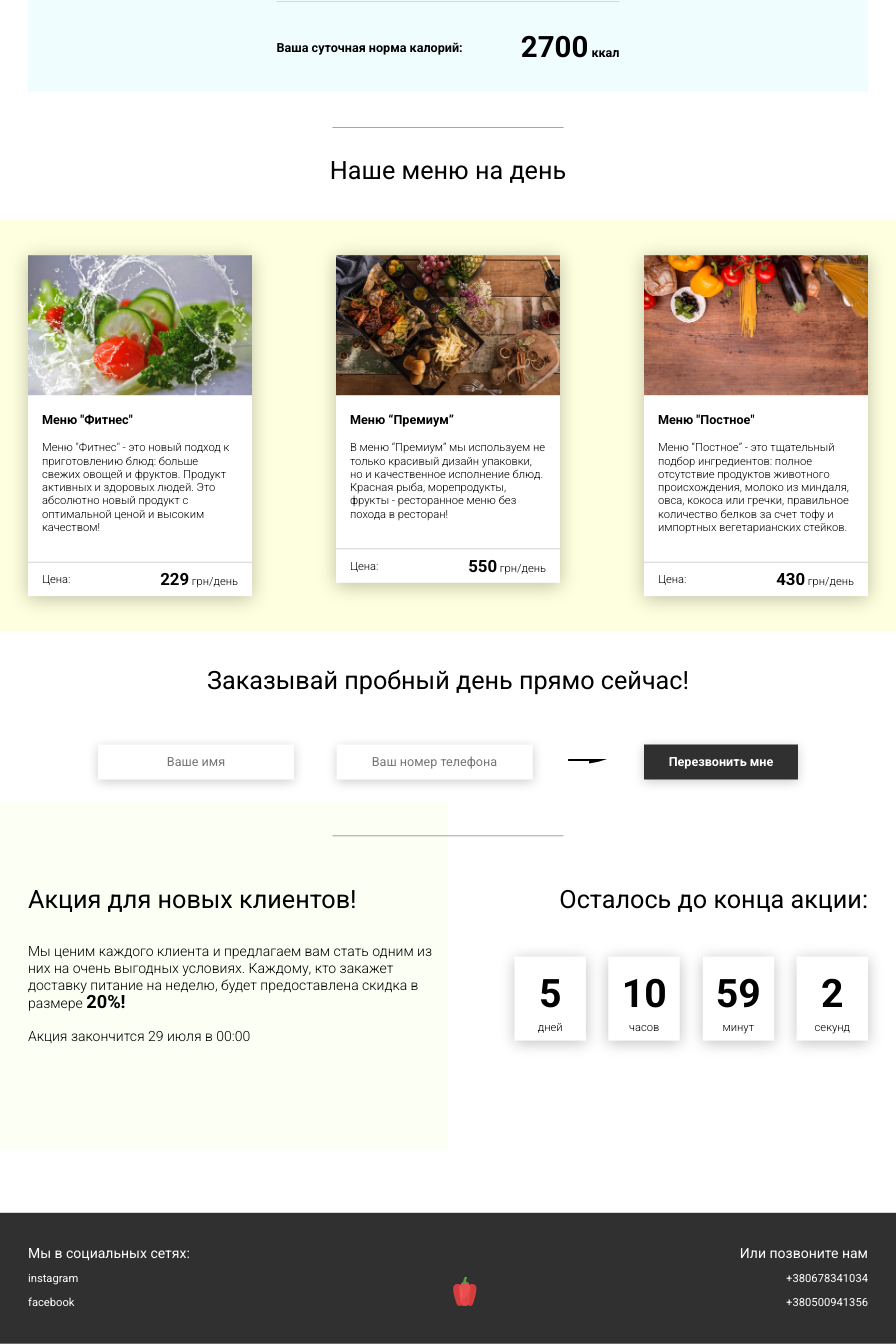
Repository: ne-comilfo/food
Page: index.html
An editor plug-in stored every save of this project. The page is shown before and after the next save, followed by the edit.
The browser window is 1280 px wide. The pictures show the part of the page from y = 2331 to 4251 px (the page is 4251 px tall), at 70% of full size.

Above is the page before, as saved 2025-07-23 13:02:22.

### index.html
<!DOCTYPE html>
<html lang="en">

<head>
    <meta charset="UTF-8">
    <meta name="viewport" content="width=device-width, initial-scale=1.0">
    <title>Food</title>
    <link rel="stylesheet" href="css/style.css">
</head>

<body>
    <header class="header">
        <div class="header__left-block">
            <div class="header__logo">
                <img src="icons/logo.svg" alt="Логотип">
            </div>
            <nav class="header__links">
                <a href="#" class="header__link">Доставка питания</a>
                <a href="#" class="header__link">Второй пункт</a>
            </nav>
        </div>
        <div class="header__right-block">
            <button class="btn btn_white">Связаться с нами</button>
        </div>
    </header>
    <div class="sidepanel">
        <div class="sidepanel__text"><span>Социальные сети</span></div>
        <div class="sidepanel__divider"></div>
        <a href="#" class="sidepanel__icon">
            <img src="icons/instagram.svg" alt="instagram">
        </a>
        <a href="#" class="sidepanel__icon">
            <img src="icons/facebook.svg" alt="facebook">
        </a>
    </div>

    <div class="preview">
        <div class="bgc_blue"></div>
        <div class="container">
            <div class="tabcontainer">
                <div class="tabcontent">
                    <img src="img/tabs/vegy.jpg" alt="vegy">
                    <div class="tabcontent__descr">
                        Меню "Фитнес" - это новый подход к приготовлению блюд: больше свежих овощей и фруктов. Для
                        людей, которые интересуются спортом; активных и здоровых. Это абсолютно новый продукт с
                        оптимальной ценой и высоким качеством!
                    </div>
                </div>
                <div class="tabcontent">
                    <img src="img/tabs/elite.jpg" alt="elite">
                    <div class="tabcontent__descr">
                        Меню “Премиум” - мы используем не только красивый дизайн упаковки, но и качественное исполнение
                        блюд. Красная рыба, морепродукты, фрукты - ресторанное меню без похода в ресторан!
                    </div>
                </div>
                <div class="tabcontent">
                    <img src="img/tabs/post.jpg" alt="post">
                    <div class="tabcontent__descr">
                        Наше специальное “Постное меню” - это тщательный подбор ингредиентов: полное отсутствие
                        продуктов животного происхождения. Полная гармония с собой и природой в каждом элементе! Все
                        будет Ом!
                    </div>
                </div>
                <div class="tabcontent">
                    <img src="img/tabs/vegy.jpg" alt="vegy">
                    <div class="tabcontent__descr">
                        Меню "Сбалансированное" - это соответствие вашего рациона всем научным рекомендациям. Мы
                        тщательно просчитываем вашу потребность в к/б/ж/у и создаем лучшие блюда для вас.
                    </div>
                </div>
                <div class="tabheader">
                    <h3>Выберите стиль питания</h3>
                    <div class="tabheader__items">
                        <div class="tabheader__item tabheader__item_active">Фитнес</div>
                        <div class="tabheader__item">Премиум</div>
                        <div class="tabheader__item">Постное</div>
                        <div class="tabheader__item">Сбалансированное</div>
                    </div>
                </div>
            </div>
            <div class="preview__life">Живи полной жизнью!</div>
        </div>
    </div>

    <div class="divider"></div>

    <div class="offer">
        <div class="bgc_y"></div>
        <div class="container">
            <div class="offer__text">
                <h2 class="title">Что мы можем вам предложить?</h2>
                <div class="offer__descr">
                    Наша основная идея - это правильное питание. Оно может быть простым и вкусным. Мы не просто
                    доставка, мы сервис! Мы взяли на себя все расчеты БЖУ, калорийности, объемов порций и прочие важные,
                    но скучные аспекты. Вам остается только полезная, сытная и правильная еда, которую мы привозим прямо
                    под дверь.
                </div>
            </div>
            <div class="offer__action">
                <button class="btn btn_dark">Связаться с нами</button>
            </div>
        </div>
        <div class="container">
            <div class="offer__advantages">
                <h2>Быстро и полезно</h2>
                <div class="offer__advantages-text">
                    Готовка дома занимает много сил, времени и нервов. Мы привозим еду сразу на целый день, и ты можешь
                    действовать так, как тебе удобно, не подстраиваясь ни под кого и будучи уверенным в качестве
                    продукта!
                </div>
                <h2>Правильный рацион</h2>
                <div class="offer__advantages-text">
                    Мы разработали специальное меню, где учтены все нюансы правильного питания, от баланса БЖУ до их
                    приготовления и дробления рациона.
                </div>
            </div>
            <div class="offer__slider">
                <div class="offer__slider-counter">
                    <div class="offer__slider-prev">
                        <img src="icons/left.svg" alt="prev">
                    </div>
                    <span id="current">03</span>
                    /
                    <span id="total">04</span>
                    <div class="offer__slider-next">
                        <img src="icons/right.svg" alt="next">
                    </div>
                </div>
                <div class="offer__slider-wrapper">
                    <div class="offer__slide">
                        <img src="img/slider/pepper.jpg" alt="pepper">
                    </div>
                    <!-- <div class="offer__slide">
                        <img src="img/slider/food-12.jpg" alt="food">
                    </div>
                    <div class="offer__slide">
                        <img src="img/slider/olive-oil.jpg" alt="oil">
                    </div>
                    <div class="offer__slide">
                        <img src="img/slider/paprika.jpg" alt="paprika">
                    </div> -->
                </div>
            </div>
        </div>
    </div>

    <div class="divider"></div>

    <div class="calculating">
        <div class="container">
            <h2 class="title">Рассчитаем вашу потребность в калориях?
            </h2>
            <div class="calculating__field">
                <div class="calculating__subtitle">
                    Ваш пол
                </div>
                <div class="calculating__choose" id="gender">
                    <div class="calculating__choose-item calculating__choose-item_active">Женщина</div>
                    <div class="calculating__choose-item">Мужчина</div>
                </div>

                <div class="calculating__subtitle">
                    Ваша конституция
                </div>
                <div class="calculating__choose calculating__choose_medium">
                    <input type="text" id="height" placeholder="Введите рост" class="calculating__choose-item">
                    <input type="text" id="weight" placeholder="Введите вес" class="calculating__choose-item">
                    <input type="text" id="age" placeholder="Введите возраст" class="calculating__choose-item">
                </div>

                <div class="calculating__subtitle">
                    Выберите вашу физическая активность
                </div>
                <div class="calculating__choose calculating__choose_big">
                    <div id="low" class="calculating__choose-item">Низкая активность </div>
                    <div id="small" class="calculating__choose-item calculating__choose-item_active">Невысокая
                        активность</div>
                    <div id="medium" class="calculating__choose-item">Умеренная активность</div>
                    <div id="high" class="calculating__choose-item">Высокая активность</div>
                </div>

                <div class="calculating__divider"></div>

                <div class="calculating__total">
                    <div class="calculating__subtitle">
                        Ваша суточная норма калорий:
                    </div>
                    <div class="calculating__result">
                        <span>2700</span> ккал
                    </div>
                </div>
            </div>
        </div>
    </div>

    <div class="divider"></div>

    <div class="menu">
        <h2 class="title">Наше меню на день</h2>

        <div class="menu__field">
            <div class="container">
                <div class="menu__item">
                    <img src="img/tabs/vegy.jpg" alt="vegy">
                    <h3 class="menu__item-subtitle">Меню "Фитнес"</h3>
                    <div class="menu__item-descr">Меню "Фитнес" - это новый подход к приготовлению блюд: больше свежих
                        овощей и фруктов. Продукт активных и здоровых людей. Это абсолютно новый продукт с оптимальной
                        ценой и высоким качеством!</div>
                    <div class="menu__item-divider"></div>
                    <div class="menu__item-price">
                        <div class="menu__item-cost">Цена:</div>
                        <div class="menu__item-total"><span>229</span> грн/день</div>
                    </div>
                </div>
                <div class="menu__item">
                    <img src="img/tabs/elite.jpg" alt="elite">
                    <h3 class="menu__item-subtitle">Меню “Премиум”</h3>
                    <div class="menu__item-descr">В меню “Премиум” мы используем не только красивый дизайн упаковки, но
                        и качественное исполнение блюд. Красная рыба, морепродукты, фрукты - ресторанное меню без похода
                        в ресторан!</div>
                    <div class="menu__item-divider"></div>
                    <div class="menu__item-price">
                        <div class="menu__item-cost">Цена:</div>
                        <div class="menu__item-total"><span>550</span> грн/день</div>
                    </div>
                </div>
                <div class="menu__item">
                    <img src="img/tabs/post.jpg" alt="post">
                    <h3 class="menu__item-subtitle">Меню "Постное"</h3>
                    <div class="menu__item-descr">Меню “Постное” - это тщательный подбор ингредиентов: полное отсутствие
                        продуктов животного происхождения, молоко из миндаля, овса, кокоса или гречки, правильное
                        количество белков за счет тофу и импортных вегетарианских стейков. </div>
                    <div class="menu__item-divider"></div>
                    <div class="menu__item-price">
                        <div class="menu__item-cost">Цена:</div>
                        <div class="menu__item-total"><span>430</span> грн/день</div>
                    </div>
                </div>
            </div>
        </div>
    </div>

    <div class="order">
        <div class="container">
            <div class="title">Заказывай пробный день прямо сейчас!</div>
            <form action="#" class="order__form">
                <input required placeholder="Ваше имя" name="name" type="text" class="order__input">
                <input required placeholder="Ваш номер телефона" name="phone" type="phone" class="order__input">
                <img src="icons/right.svg" alt="right">
                <button class="btn btn_dark btn_min">Перезвонить мне</button>
            </form>
        </div>
    </div>

    <div class="divider"></div>

    <div class="promotion">
        <div class="bgc_y"></div>
        <div class="container">
            <div class="promotion__text">
                <div class="title">Акция для новых клиентов!</div>
                <div class="promotion__descr">
                    Мы ценим каждого клиента и предлагаем вам стать одним из них на очень выгодных условиях.
                    Каждому, кто закажет доставку питание на неделю, будет предоставлена скидка в размере
                    <span>20%!</span>
                    <br><br>
                    Акция закончится 29 июля в 00:00
                </div>
            </div>
            <div class="promotion__timer">
                <div class="title">Осталось до конца акции:</div>
                <div class="timer">
                    <div class="timer__block">
                        <span id="days">12</span>
                        дней
                    </div>
                    <div class="timer__block">
                        <span id="hours">20</span>
                        часов
                    </div>
                    <div class="timer__block">
                        <span id="minutes">56</span>
                        минут
                    </div>
                    <div class="timer__block">
                        <span id="seconds">20</span>
                        секунд
                    </div>
                </div>
            </div>
        </div>
    </div>

    <footer class="footer">
        <div class="container">
            <div class="social">
                <div class="subtitle">Мы в социальных сетях:</div>
                <a href="#" class="link">instagram</a>
                <a href="#" class="link">facebook</a>
            </div>
            <div class="pepper">
                <img src="icons/veg.svg" alt="pepper">
            </div>
            <div class="call">
                <div class="subtitle">Или позвоните нам</div>
                <a href="#" class="link">+380678341034</a>
                <a href="#" class="link">+380500941356</a>
            </div>
        </div>
    </footer>

    <div class="modal">
        <div class="modal__dialog">
            <div class="modal__content">
                <form action="#">
                    <div class="modal__close">&times;</div>
                    <div class="modal__title">Мы свяжемся с вами как можно быстрее!</div>
                    <input required placeholder="Ваше имя" name="name" type="text" class="modal__input">
                    <input required placeholder="Ваш номер телефона" name="phone" type="phone" class="modal__input">
                    <button class="btn btn_dark btn_min">Перезвонить мне</button>
                </form>
            </div>
        </div>
    </div>
    <script src='js/script.js'></script>
</body>

</html>

### js/script.js
document.addEventListener('DOMContentLoaded', () => {

    const tabs = document.querySelectorAll('.tabheader__item'),
        tabContent = document.querySelectorAll('.tabcontent'),
        tabParent = document.querySelector('.tabheader__items');

    function hiddenTabContent() {
        tabContent.forEach(item => {
            item.classList.add('hide');
            item.classList.remove('show', 'fade');
        })
        tabs.forEach(item => {
            item.classList.remove('tabheader__item_active');
        })
    }

    function showTabContent(i = 0) {
        tabContent[i].classList.remove('hide');
        tabContent[i].classList.add('show', 'fade');
        tabs[i].classList.add('tabheader__item_active');
    }

    hiddenTabContent();
    showTabContent();

    tabParent.addEventListener('click', (e) => {
        const target = e.target;
        if (target && target.classList.contains('tabheader__item')) {
            tabs.forEach((item, i) => {
                if (target == item) {
                    hiddenTabContent();
                    showTabContent(i);
                }
            })
        }
    })

    const endData = new Date('2025-07-29'),
        hours = document.querySelector('#hours'),
        days = document.querySelector('#days'),
        minutes = document.querySelector('#minutes'),
        seconds = document.querySelector('#seconds');

    function updateData() {
        const startData = new Date();
        let diffData = endData - startData;
        if (diffData <= 0) {
            days.textContent = '0';
            hours.textContent = '0';
            minutes.textContent = '0';
            seconds.textContent = '0';
            clearInterval(id);
            return;
        }
        const totalSeconds = Math.floor(diffData / 1000);
        days.textContent = Math.floor(totalSeconds / (3600 * 24));
        hours.textContent = Math.floor(totalSeconds / (3600) % 24);
        minutes.textContent = Math.floor(totalSeconds / 60) % 60;
        seconds.textContent = totalSeconds % 60;
    }
    const timerId = setInterval(updateData, 1000);
    updateData();
})

Loaded but not shown: css/style.css (library)

After the next save:
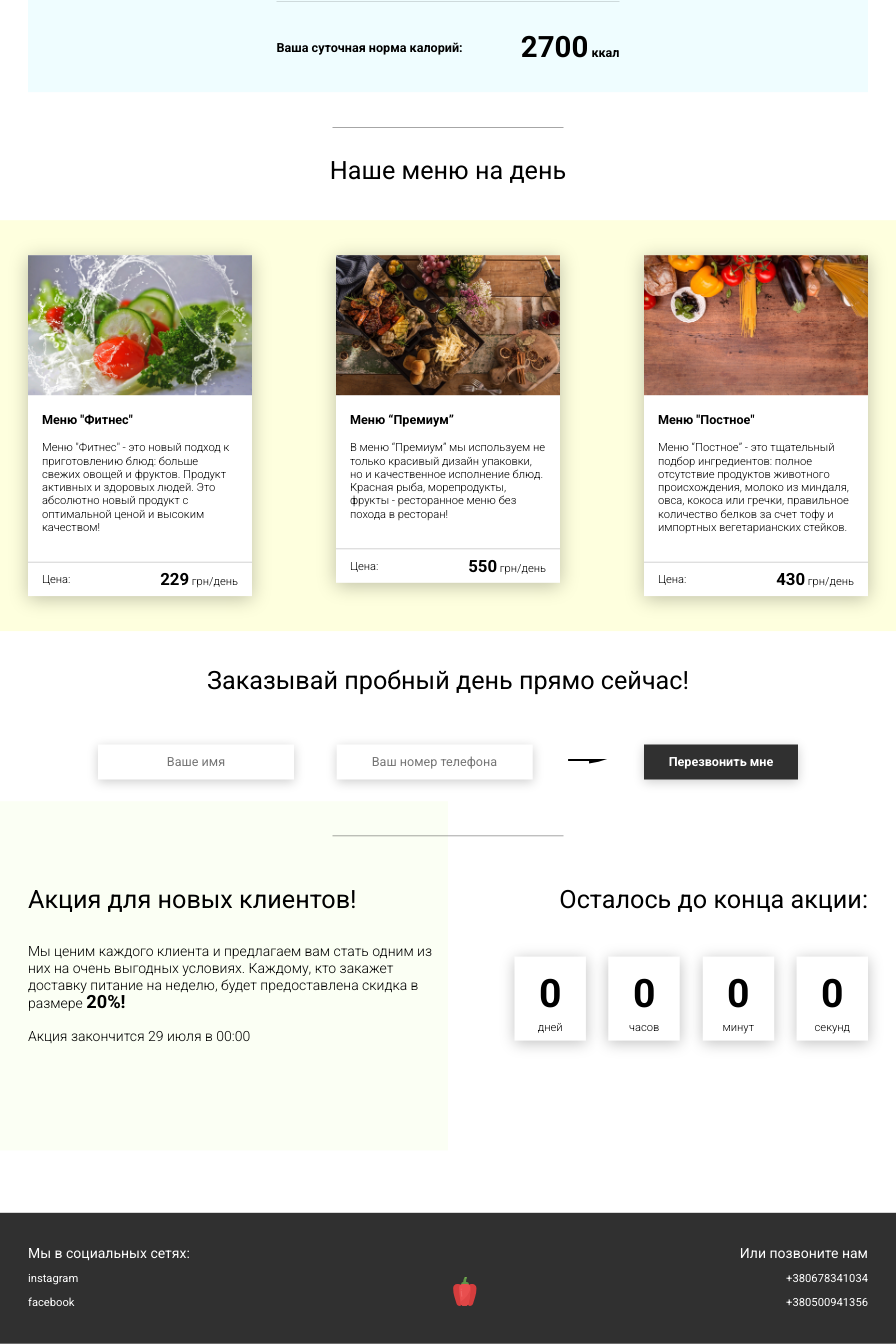
Console error: ReferenceError: id is not defined
Saved 14 s later.
--- a/js/script.js
+++ b/js/script.js
@@ -35,7 +35,7 @@
         }
     })
 
-    const endData = new Date('2025-07-29'),
+    const endData = new Date('2024-07-29'),
         hours = document.querySelector('#hours'),
         days = document.querySelector('#days'),
         minutes = document.querySelector('#minutes'),

After the save that followed:
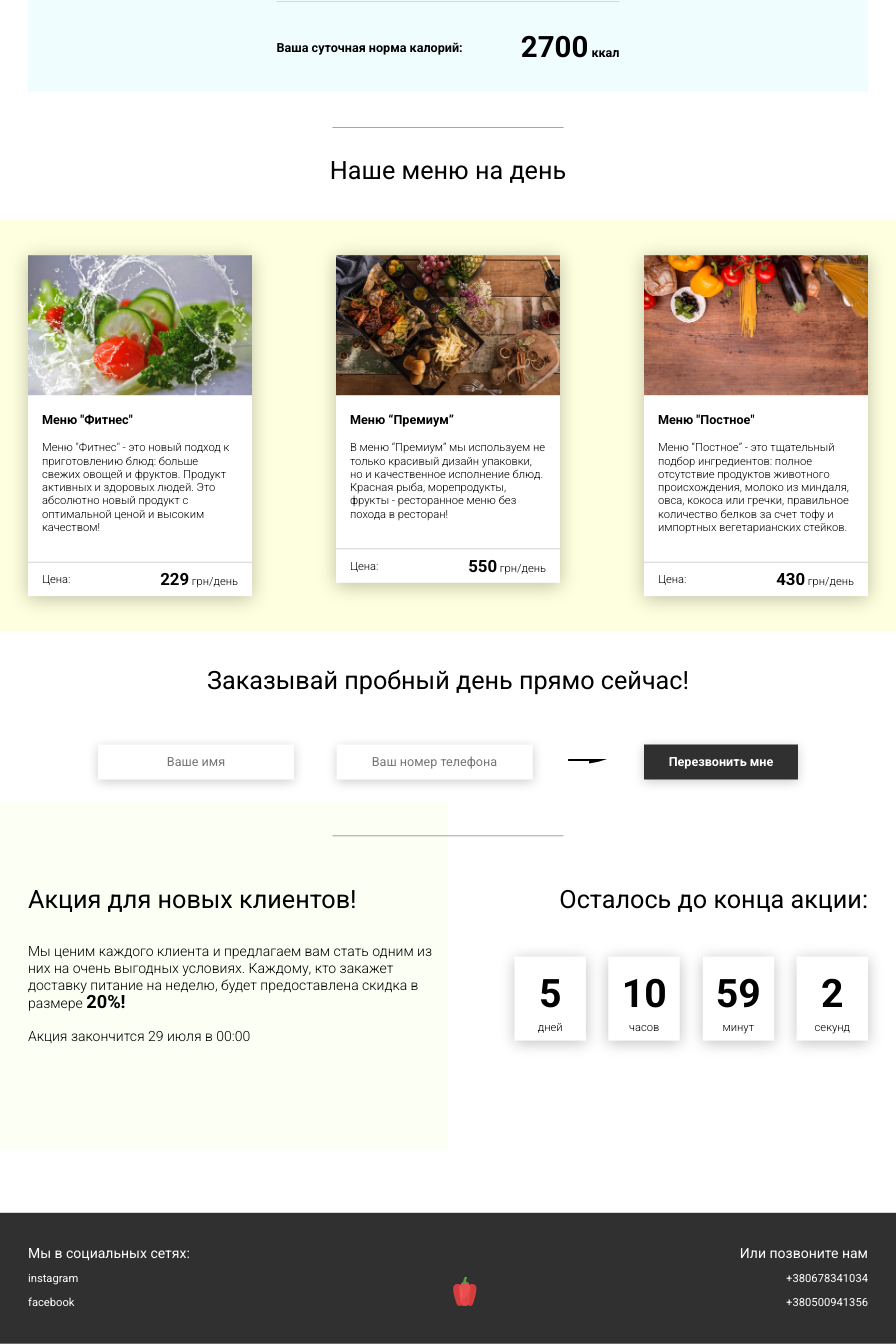
The error is gone.
Saved 8 s later.
--- a/js/script.js
+++ b/js/script.js
@@ -35,7 +35,7 @@
         }
     })
 
-    const endData = new Date('2024-07-29'),
+    const endData = new Date('2025-07-29'),
         hours = document.querySelector('#hours'),
         days = document.querySelector('#days'),
         minutes = document.querySelector('#minutes'),
